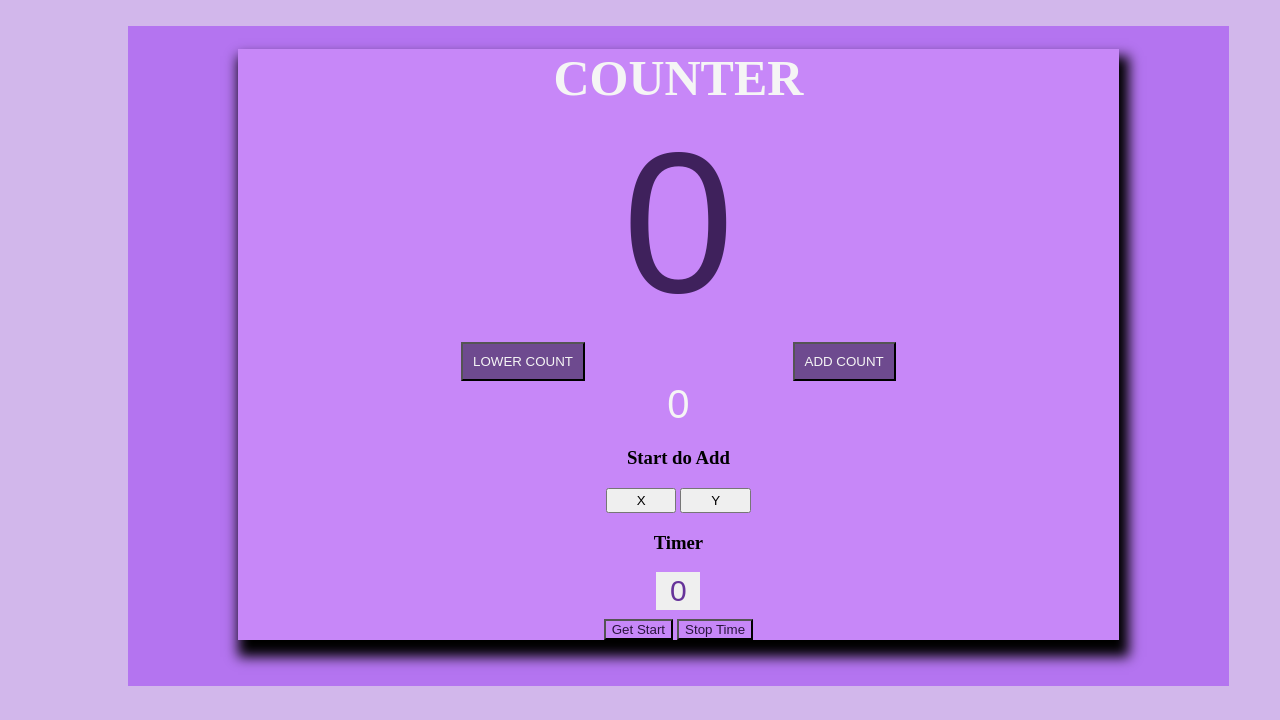
Repository: AnahitKhechumyan/Counter
Page: index.html
These files come from the project's save history. The page is drawn as it stood at one moment and after the next save; the edit follows.
The browser window is 1280 px wide. The pictures show the whole page.

Above is the page before, as saved 2022-02-15 00:25:00.

### index.html
<!DOCTYPE html>
<html lang="en">
<head>
    <meta charset="UTF-8">
    <meta http-equiv="X-UA-Compatible" content="IE=edge">
    <meta name="viewport" content="width=device-width, initial-scale=1.0">
    <link rel="stylesheet" href="style.css">
    <title>Counter</title>
</head>
<body>
    <div class="container">
       <div class="main">
            <div class="header">COUNTER</div>
            <button class= "counter">0</button>
            <div class = "change">
                 <button class ="decrement" type="button">LOWER COUNT</button>
                 <button class ="increment" type="button">ADD COUNT</button>
            </div>
            <button class= "sum">0</button>
            <h3>Start do Add</h3>
            <div >
                <button class ="firstInput">X</button>
                <button class ="secondInput">Y</button>
           </div>
           <h3>Timer</h3>
           <button class= "timer">0</button>
            <div>
                <button class ="getTime">Get Start</button>
                <button class ="stopTime">Stop Time</button>
           </div>
        </div>
    </div>
    <script src= "script.js"></script>
</body>
</html>

### style.css
body{
    margin: 0;
    background-color: rgb(210, 183, 235);
}
.container{
    background-color: rgb(180, 116, 240);
    width: 86%;
    height: 90vh;
    margin: 2% 10%;
    padding-top: 1%;

}
.main{
    background-color: rgb(199, 135, 248);
    width: 80%;
    height: 82vh;
    margin: 1% 10%;
    box-shadow: 5px 12px 12px 5px;
    text-align: center;
}
.header{
    text-align: center;
    color:whitesmoke;
    font-size: 50px;
    font-weight: 700;
}

.counter{
    border:none;
    font-size:200px;
    color:rgb(63, 33, 92);
    background-color:rgb(199, 135, 248) ;

}
 .change{
     background-color:  rgb(199, 135, 248);
     font-size: 30px;
 }
.decrement{
    padding:10px;
    margin-right: 100px;
   background-color: rgb(110, 74, 143);
   color:whitesmoke;
}
.decrement:hover{
    background-color:whitesmoke;
    color:rgb(110, 74, 143);
    cursor:pointer;
}
.increment{
    padding:10px;
    margin-left: 100px;
    background-color: rgb(110, 74, 143);
    color:whitesmoke;
}
.increment:hover{
    background-color:whitesmoke;
    color:rgb(110, 74, 143);
    cursor:pointer;
}
.sum{
    border:none;
    background-color: rgb(199, 135, 248);
    color:whitesmoke;
    font-size: 40px;
}
.firstInput, .secondInput{
    width: 8%;
    padding:3px;
}
.timer{
    padding:2px 3px;
    font-size: 30px;
   width: 5%;
   border:none;
   color:rebeccapurple;
}

.getTime, .stopTime{
    margin-top:1%;
    background-color:rgb(199, 135, 248);
    color:rgb(41, 20, 61);
    cursor:pointer;
}
.getTime:hover, .stopTime:hover{
    background-color: whitesmoke;
    font-weight: 200;
}
h3{
    cursor:pointer;
}

### script.js
let counterElem = document.querySelector('.counter');
let addCount = document.querySelector('.increment');
let lowerCount =document.querySelector('.decrement');
let getTimer = document.querySelector('.getTime');
let stopTimer = document.querySelector('.stopTime');
let goTimer = document.querySelector('.timer')

    let count = 0;
    updateDisplay();

 addCount.addEventListener("click",()=>{
    count++;
    updateDisplay();
});
lowerCount.addEventListener("click",()=>{
    count--;
    updateDisplay();
});

function updateDisplay(){
    counterElem.innerHTML = count;
};



    countTime=0;
 function getTime(){
    countTime++;
    goTimer.innerHTML = countTime;
 }
   let timer = 0;
  getTimer.addEventListener("click",()=>{
    timer = setInterval(getTime,1000);
});

stopTimer.addEventListener("click",()=>{
    clearInterval(timer);
    countTime = 0;
    goTimer.innerHTML = 0;
});

After the next save:
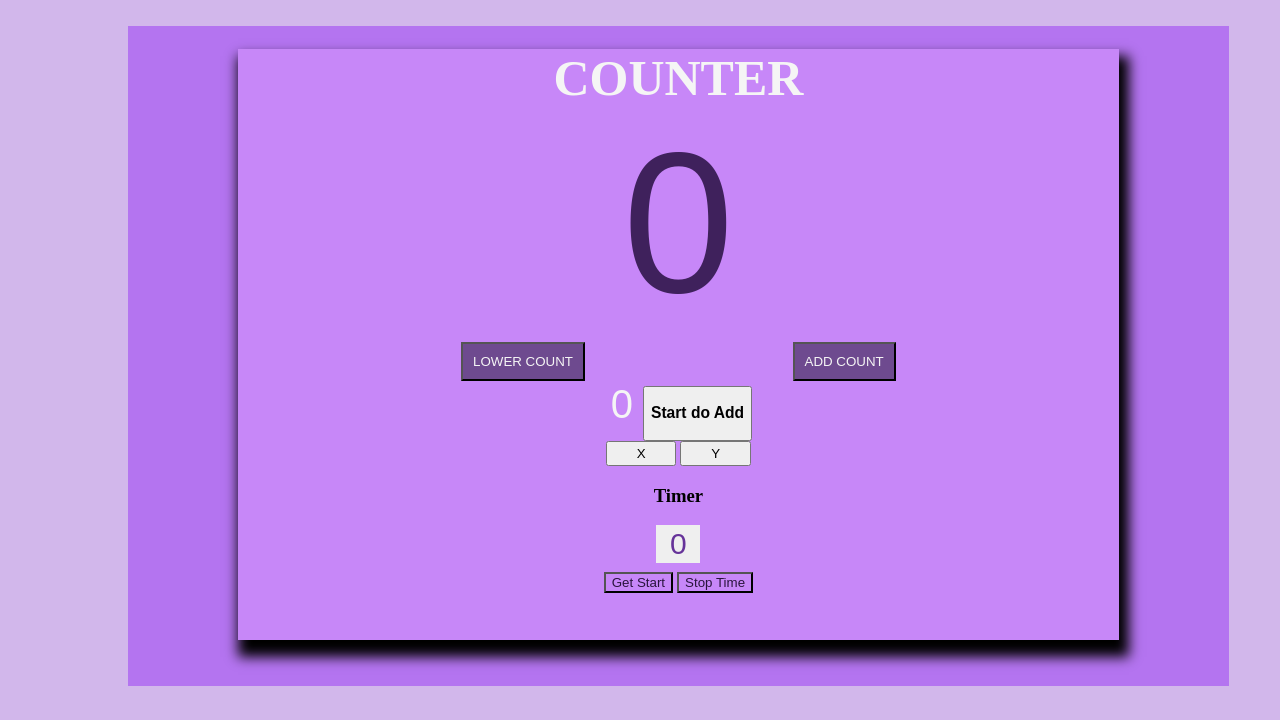
Saved 2 min 39 s later.
--- a/index.html
+++ b/index.html
@@ -17,7 +17,7 @@
                  <button class ="increment" type="button">ADD COUNT</button>
             </div>
             <button class= "sum">0</button>
-            <h3>Start do Add</h3>
+            <button class= "add" type="button"><h3>Start do Add</h3></button>
             <div >
                 <button class ="firstInput">X</button>
                 <button class ="secondInput">Y</button>
